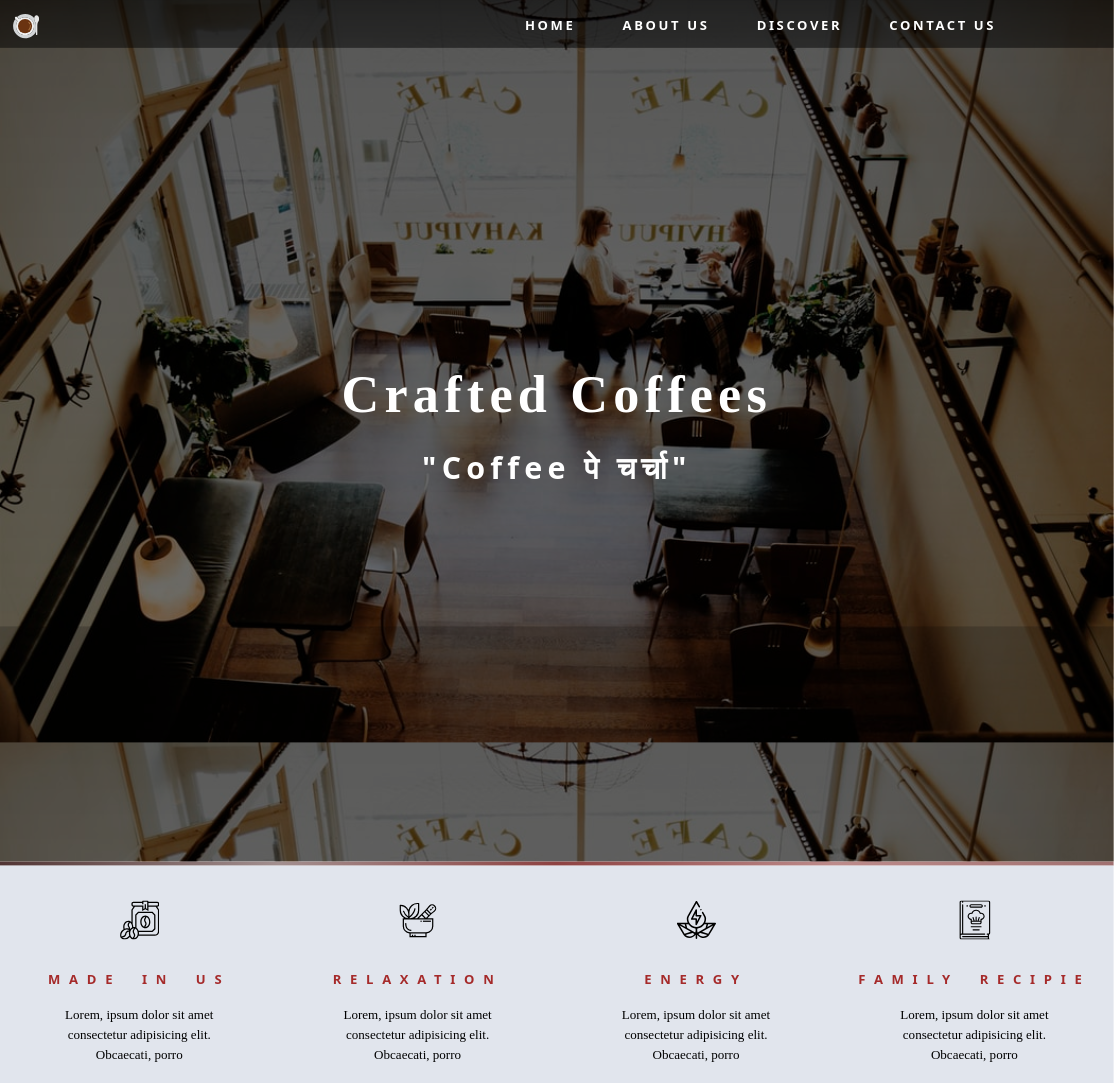
Repository: Aditya0377/Assignments
Page: Assignment/coffee/index.html
The author's editor kept a copy of each file at every save. The page is drawn from the files as they stood at one save, then again after the next save.
The browser window is 1280 px wide. The pictures show the whole page, at 87% of full size.
Backgrounds fixed to the window are drawn as part of the page. Some web libraries are served in a nearby version.

Above is the page before, as saved 2024-02-02 14:47:17.

After the next save:
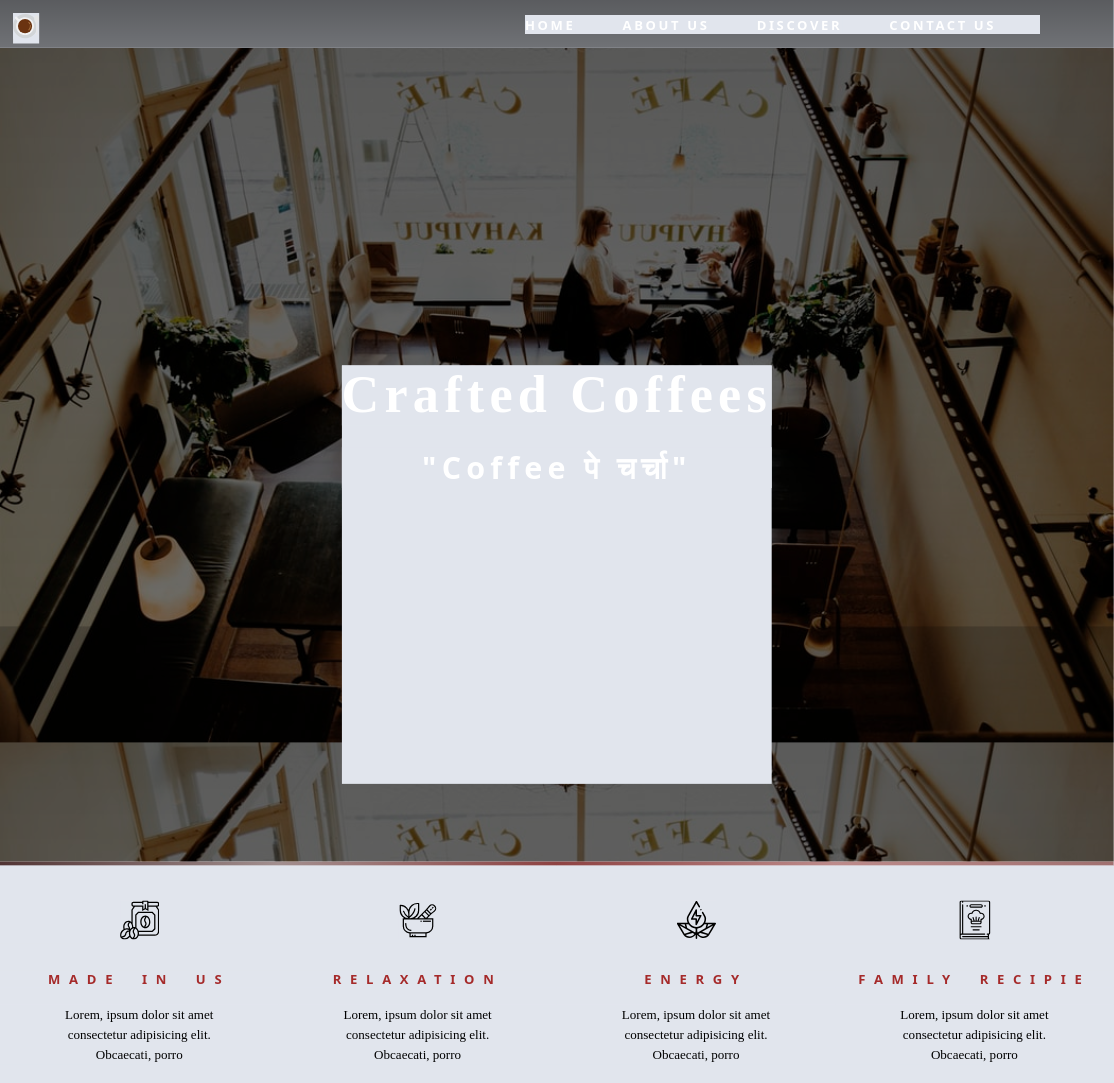
Saved 49 s later.
--- a/Assignment/coffee/coffee.css
+++ b/Assignment/coffee/coffee.css
@@ -3,6 +3,7 @@
     padding: 0;
     box-sizing: border-box;
     font-family: system-ui, -apple-system, BlinkMacSystemFont, 'Segoe UI', Roboto, Oxygen, Ubuntu, Cantarell, 'Open Sans', 'Helvetica Neue', sans-serif;
+    background-color: #e1e5ed;
 }
 
 a {
@@ -117,7 +118,6 @@
     display: flex;
     justify-content: p;
     align-items: center;
-    background-color: #e1e5ed;
     overflow: hidden;
 }
 

After the save that followed:
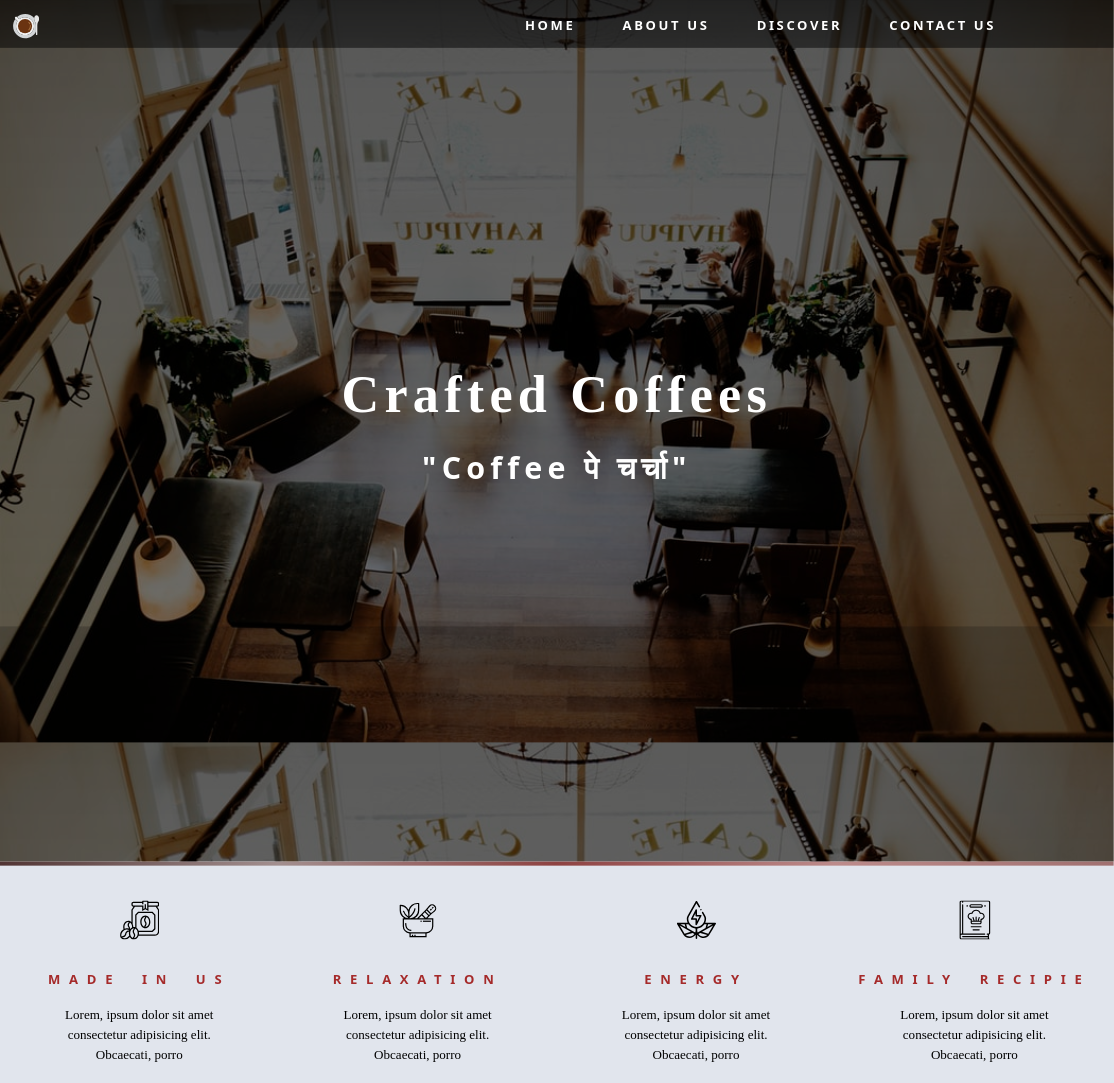
Saved 26 s later.
--- a/Assignment/coffee/coffee.css
+++ b/Assignment/coffee/coffee.css
@@ -3,6 +3,10 @@
     padding: 0;
     box-sizing: border-box;
     font-family: system-ui, -apple-system, BlinkMacSystemFont, 'Segoe UI', Roboto, Oxygen, Ubuntu, Cantarell, 'Open Sans', 'Helvetica Neue', sans-serif;
+
+}
+
+body {
     background-color: #e1e5ed;
 }
 
